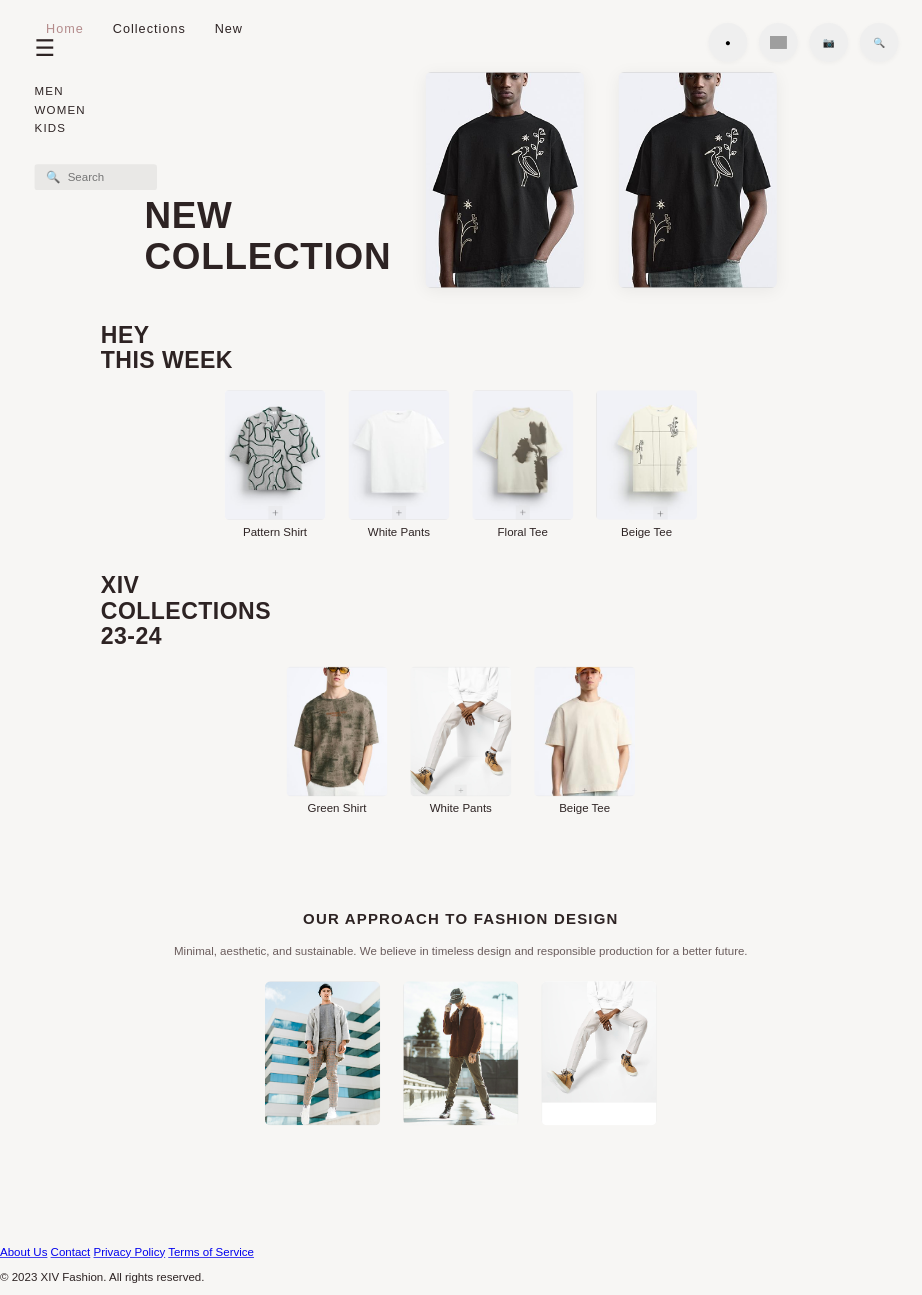
Repository: Diegoms0595/retail-dashboard-app
Page: index.html
The author's editor kept a copy of each file at every save. The page is drawn from the files as they stood at one save, then again after the next save.
The browser window is 1280 px wide. The pictures show the whole page, at 72% of full size.
Pictures or frames that could not be fetched are drawn as grey boxes.

Above is the page before, as saved 2025-06-18 20:06:11.

### index.html
<!DOCTYPE html>
<html lang="en">
<head>
  <meta charset="UTF-8" />
  <meta name="viewport" content="width=device-width, initial-scale=1.0"/>
  <title>Akane, Diego</title>
  <link rel="stylesheet" href="style.css" />
</head>
<body>
  <header class="site-header">
    <nav>
      <a href="index.html" class="active">Home</a>
      <a href="products.html">Collections</a>
      <a href="products.html">New</a>
    </nav>
   <div class="top-icons">
  <button class="icon-btn">&#9679;</button>
  <button class="icon-btn"><img src="./Assets/shopping-cart.png" alt="Cart"></button>
  <button class="icon-btn">&#128247;</button>
  <button class="icon-btn">&#128269;</button>
</div>
  </header>

  <aside class="sidebar">
    <div class="menu-icon">&#9776;</div>
    <div class="sidebar-menu">
      <span>MEN</span>
      <span>WOMEN</span>
      <span>KIDS</span>
    </div>
    <div class="search-bar">
      <span>&#128269;</span>
      <input type="text" placeholder="Search" />
    </div>
  </aside>

  <main class="home-main">
    <section class="hero-section">
      <h1 class="hero-title">NEW<br>COLLECTION</h1>
      <div class="hero-products">
        <img src="./Assets/Head1.png" alt="Product 1" />
        <img src="./Assets/Head1.png" alt="Product 2" />
      </div>
    </section>

    <section class="week-section">
      <h2 class="section-title">HEY<br>THIS WEEK</h2>
      <div class="week-products">
        <div class="week-product">
          <img src="Assets/ThisWeek1.png" alt="Product 1" />
          <p>Pattern Shirt</p>
        </div>
        <div class="week-product">
          <img src="./Assets/ThisWeek2.png" alt="Product 2" />
          <p>White Pants</p>
        </div>
        <div class="week-product">
          <img src="./Assets/ThisWeek3.png" alt="Product 3" />
          <p>Floral Tee</p>
        </div>
        <div class="week-product">
          <img src="./Assets/ThisWeek4.png" alt="Product 4" />
          <p>Beige Tee</p>
        </div>
      </div>
    </section>

    <section class="collection-section">
      <h2 class="section-title">XIV<br>COLLECTIONS<br>23-24</h2>
      <div class="collection-products">
        <div class="collection-product">
          <img src="./Assets/Collection1.png" alt="Product 7" />
          <p>Green Shirt</p>
        </div>
        <div class="collection-product">
          <img src="./Assets/Collecton2.png" alt="Product 1" />
          <p>White Pants</p>
        </div>
        <div class="collection-product">
          <img src="./Assets/Collection3.png" alt="Product 8" />
          <p>Beige Tee</p>
        </div>
      </div>
    </section>

    <section class="approach-section">
      <h3>OUR APPROACH TO FASHION DESIGN</h3>
      <p>Minimal, aesthetic, and sustainable. We believe in timeless design and responsible production for a better future.</p>
      <div class="approach-gallery">
        <img src="./Assets/Approche1.png" alt="Lookbook 1" />
        <img src="./Assets/Approach2.png" alt="Lookbook 2" />
        <img src="./Assets/Approach3.png" alt="Lookbook 3" />
      </div>
    </section>
  </main>
    <footer class="site-footer">
        <div class="footer-links">
        <a href="#">About Us</a>
        <a href="#">Contact</a>
        <a href="#">Privacy Policy</a>
        <a href="#">Terms of Service</a>
        </div>
        <p>&copy; 2023 XIV Fashion. All rights reserved.</p>
</body>
</html>

### style.css
html, body {
  margin: 0;
  padding: 0;
  font-family: 'Montserrat', Arial, sans-serif;
  background: #f7f6f4;
  color: #2d2323;
  min-height: 100vh;
  width: 100vw;
  box-sizing: border-box;
}

body {
  min-height: 100vh;
  width: 100vw;
  display: flex;
  flex-direction: column;
}

.site-header {
  width: 100vw;
  max-width: 100vw;
  position: fixed;
  top: 0;
  left: 0;
  height: 80px;
  display: flex;
  align-items: center;
  justify-content: space-between;
  padding: 0 64px;
  background: none;
  z-index: 10;
  box-sizing: border-box;
}

nav {
  display: flex;
  gap: 40px;
}

nav a {
  text-decoration: none;
  color: #2d2323;
  font-size: 1.1rem;
  letter-spacing: 0.08em;
  padding: 8px 0;
  transition: color 0.2s;
}

nav a.active,
nav a:hover {
  color: #b48b8b;
}
.top-icons {
  display: flex;
  gap: 16px;
  align-items: center;
  position: absolute;
  top: 32px;
  right: 32px;
  z-index: 100;
}

.icon-btn {
  width: 54px;
  height: 54px;
  display: flex;
  align-items: center;
  justify-content: center;
  border-radius: 50%;
  border: none;
  box-shadow: 0 2px 8px rgba(0,0,0,0.04);
  cursor: pointer;
  padding: 0;
  overflow: hidden;
}

.icon-btn img {
  width: 24px;
  height: 24px;
  object-fit: contain;
  display: block;
}

.sidebar {
  position: fixed;
  left: 0;
  top: 0;
  width: 220px;
  height: 100vh;
  background: none;
  display: flex;
  flex-direction: column;
  padding: 48px 0 0 48px;
  box-sizing: border-box;
  z-index: 20;
}

.menu-icon {
  font-size: 2rem;
  margin-bottom: 32px;
  cursor: pointer;
}

.sidebar-menu {
  margin-bottom: 32px;
}

.sidebar-menu span {
  display: block;
  margin-bottom: 8px;
  font-size: 1rem;
  letter-spacing: 0.1em;
}

.search-bar {
  display: flex;
  align-items: center;
  background: rgba(80, 80, 80, 0.08);
  border-radius: 4px;
  padding: 8px 16px;
  width: 80%;
}

.search-bar input {
  border: none;
  background: none;
  margin-left: 8px;
  font-size: 1rem;
  width: 100%;
  outline: none;
}

.home-main {
  flex: 1;
  display: flex;
  flex-direction: column;
  align-items: center;
  justify-content: flex-start;
  margin-top: 100px;
  margin-left: 0;
  width: 100vw;
  max-width: 1200px;
  box-sizing: border-box;
  margin-right: auto;
  margin-left: auto;
  padding-bottom: 120px;
}

.hero-section,
.week-section,
.collection-section,
.approach-section {
  width: 100%;
  max-width: 1000px;
  margin: 0 auto 48px auto;
  display: flex;
  flex-direction: column;
  align-items: center;
}

.hero-section {
  flex-direction: row;
  align-items: flex-end;
  justify-content: center;
  gap: 48px;
}

.hero-title {
  font-size: 3.2rem;
  font-weight: 800;
  margin: 0 0 16px 0;
  line-height: 1.1;
  letter-spacing: 0.02em;
  text-align: left;
}

.hero-products {
  display: flex;
  gap: 48px;
}

.hero-products img {
  width: 220px;
  height: 300px;
  object-fit: cover;
  border-radius: 8px;
  box-shadow: 0 4px 24px rgba(0,0,0,0.06);
  background: #fff;
}

.section-title {
  font-size: 2rem;
  font-weight: 800;
  margin: 0 0 24px 0;
  line-height: 1.1;
  letter-spacing: 0.02em;
  text-align: left;
  width: 100%;
}

.week-products, .collection-products {
  display: flex;
  gap: 32px;
  justify-content: center;
  width: 100%;
}

.week-product, .collection-product {
  display: flex;
  flex-direction: column;
  align-items: center;
}

.week-product img, .collection-product img {
  width: 140px;
  height: 180px;
  object-fit: cover;
  border-radius: 6px;
  margin-bottom: 8px;
  background: #fff;
}

.week-product p, .collection-product p {
  font-size: 1rem;
  margin: 0;
  color: #2d2323;
}

.approach-section {
  margin: 64px 0 0 0;
  text-align: center;
}

.approach-section h3 {
  font-size: 1.3rem;
  font-weight: 700;
  margin-bottom: 8px;
  letter-spacing: 0.08em;
}

.approach-section p {
  font-size: 1rem;
  color: #6a5c5c;
  margin-bottom: 32px;
}

.approach-gallery {
  display: flex;
  justify-content: center;
  gap: 32px;
  margin-bottom: 48px;
}

.approach-gallery img {
  width: 160px;
  height: 200px;
  object-fit: cover;
  border-radius: 8px;
  background: #fff;
}

.footer {
  width: 100vw;
  display: flex;
  align-items: center;
  justify-content: space-between;
  padding: 32px 64px;
  background: none;
  box-sizing: border-box;
  position: fixed;
  bottom: 0;
  left: 0;
  z-index: 30;
}

.footer-left {
  display: flex;
  align-items: center;
  gap: 16px;
  font-size: 1.3rem;
  font-weight: 700;
  letter-spacing: 0.1em;
}

.qr {
  width: 64px;
  height: 64px;
}

/* Responsive */
@media (max-width: 1200px) {
  .home-main {
    max-width: 100vw;
    padding-left: 16px;
    padding-right: 16px;
  }
  .sidebar {
    display: none;
  }
  .site-header {
    left: 0;
    width: 100vw;
    padding-left: 16px;
    padding-right: 16px;
  }
  .footer {
    left: 0;
    width: 100vw;
    padding-left: 16px;
    padding-right: 16px;
  }
}

@media (max-width: 900px) {
  .hero-products img, .week-product img, .collection-product img, .approach-gallery img {
    width: 100px;
    height: 120px;
  }
  .footer {
    flex-direction: column;
    gap: 16px;
    padding: 16px;
  }
  .hero-section {
    flex-direction: column;
    align-items: center;
    gap: 24px;
  }
  .section-title {
    font-size: 1.3rem;
  }
}

After the next save:
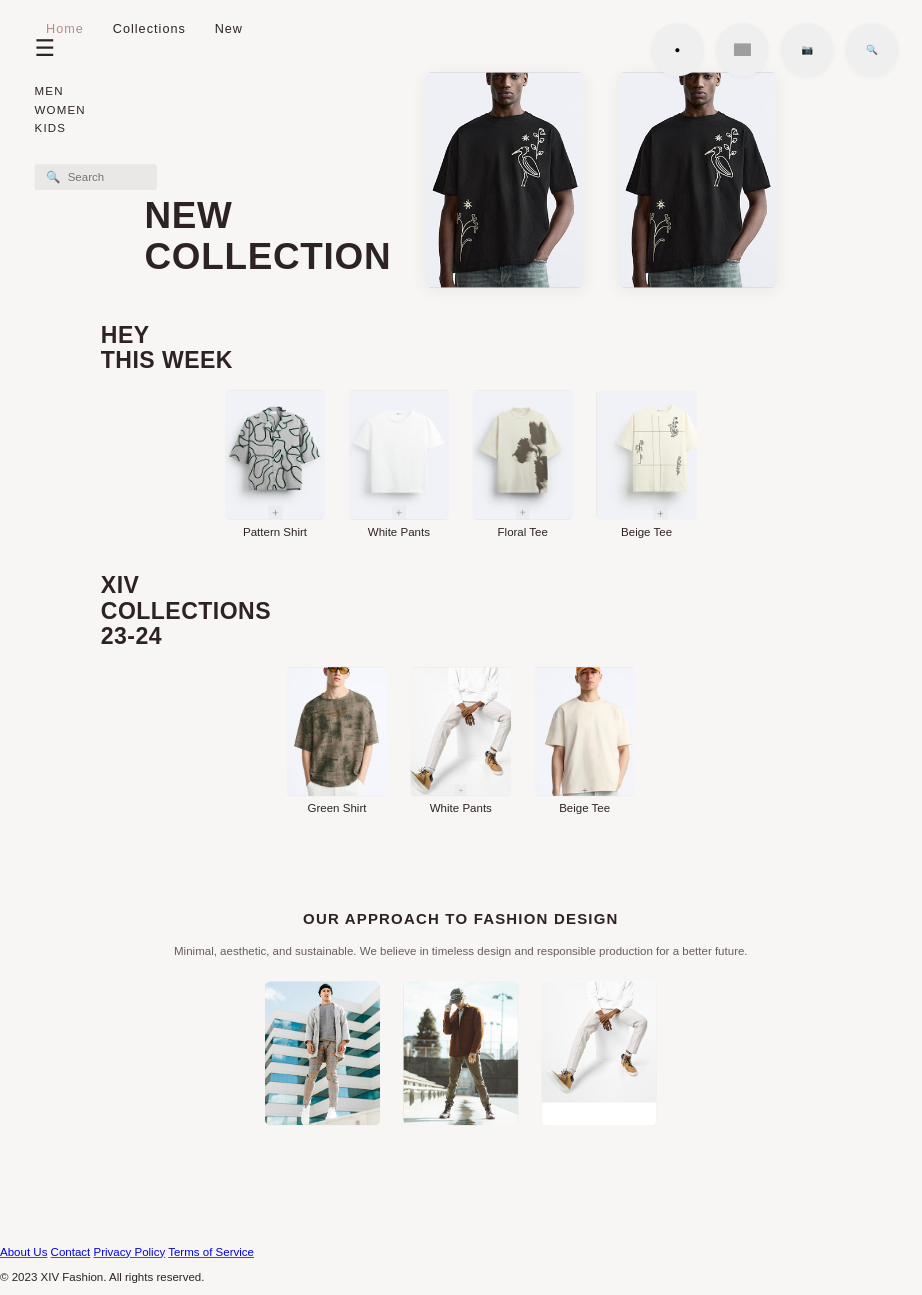
Saved 10 s later.
--- a/style.css
+++ b/style.css
@@ -61,8 +61,8 @@ nav a:hover {
 }
 
 .icon-btn {
-  width: 54px;
-  height: 54px;
+  width: 74px;
+  height: 74px;
   display: flex;
   align-items: center;
   justify-content: center;
